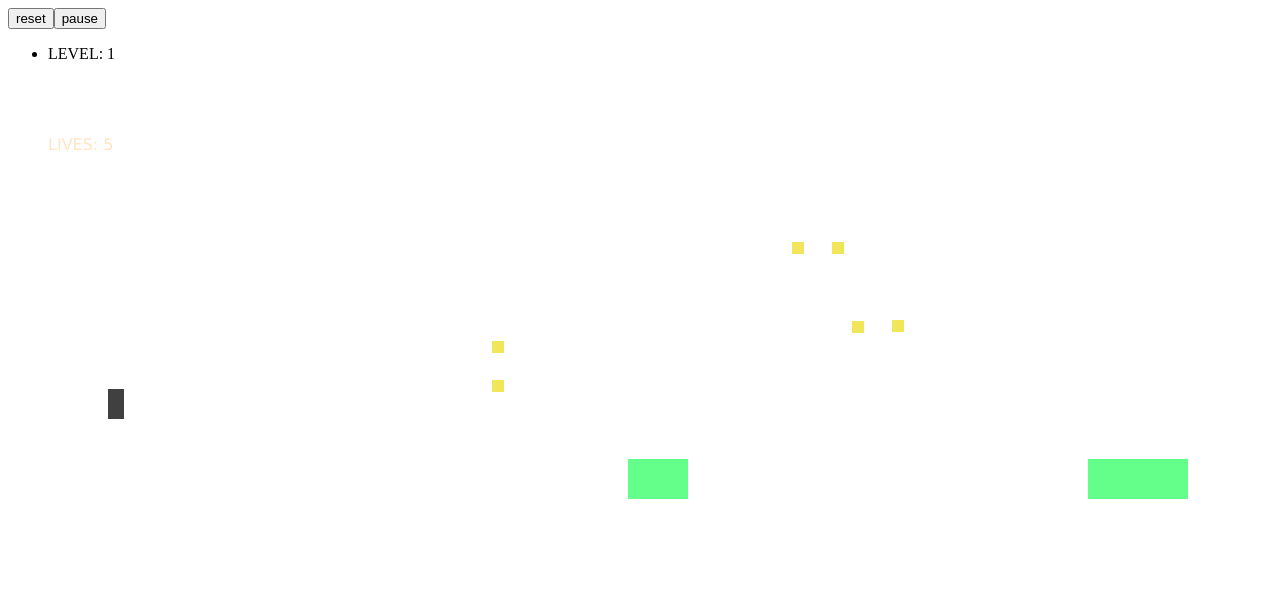
Repository: luccas-teddy/examenlucas
Page: index.html
An editor plug-in stored every save of this project. The page is shown before and after the next save, followed by the edit.
The browser window is 1280 px wide. The pictures show the whole page.

Above is the page before, as saved 2021-02-18 02:01:31.
Not found: css/tey.jpg

### index.html
<!doctype html>
<table>
<tr>
  <button id="reset" class="gamebutton" onclick="this.blur();">reset</button>
  <button id="pause" class="gamebutton" onclick="this.blur();">pause</button>
</tr>


<ul>
  <li id="lives" class="statss">LIVES: 5</li>
  <li id="level" class="stats">LEVEL: 1</li>
</ul>
</table>


<script src="code/chapter/16_game.js"></script>
<script src="code/levels.js"></script>

<link rel="stylesheet" href="css/game.css">

<body>
  <script>
    runGame(GAME_LEVELS, DOMDisplay);
  </script>
</body>

### code/chapter/16_game.js
var simpleLevelPlan = `
......................
..#................#..
..#..............=.#..
..#.........o.o....#..
..#.@......#####...#..
..#####............#..
......#++++++++++++#..
......##############..
......................`;

var Level = class Level {
  constructor(plan) {
    let rows = plan.trim().split("\n").map(l => [...l]);
    this.height = rows.length;
    this.width = rows[0].length;
    this.startActors = [];

    this.rows = rows.map((row, y) => {
      return row.map((ch, x) => {
        let type = levelChars[ch];
        if (typeof type == "string") return type;
        this.startActors.push(
          type.create(new Vec(x, y), ch));
        return "empty";
      });
    });
  }
}

var State = class State {
  constructor(level, actors, status) {
    this.level = level;
    this.actors = actors;
    this.status = status;
  }

  static start(level) {
    return new State(level, level.startActors, "playing");
  }

  get player() {
    return this.actors.find(a => a.type == "player");
  }
}

var Vec = class Vec {
  constructor(x, y) {
    this.x = x; this.y = y;
  }
  plus(other) {
    return new Vec(this.x + other.x, this.y + other.y);
  }
  times(factor) {
    return new Vec(this.x * factor, this.y * factor);
  }
}

var Player = class Player {
  constructor(pos, speed) {
    this.pos = pos;
    this.speed = speed;
  }

  get type() { return "player"; }

  static create(pos) {
    return new Player(pos.plus(new Vec(0, -0.5)),
                      new Vec(0, 0));
  }
}

Player.prototype.size = new Vec(0.8, 1.5);

var Lava = class Lava {
  constructor(pos, speed, reset) {
    this.pos = pos;
    this.speed = speed;
    this.reset = reset;
  }

  get type() { return "lava"; }

  static create(pos, ch) {
    if (ch == "=") {
      return new Lava(pos, new Vec(2, 0));
    } else if (ch == "|") {
      return new Lava(pos, new Vec(0, 2));
    } else if (ch == "v") {
      return new Lava(pos, new Vec(0, 3), pos);
    }
  }
}

Lava.prototype.size = new Vec(1, 1);

var Coin = class Coin {
  constructor(pos, basePos, wobble) {
    this.pos = pos;
    this.basePos = basePos;
    this.wobble = wobble;
  }

  get type() { return "coin"; }

  static create(pos) {
    let basePos = pos.plus(new Vec(0.2, 0.1));
    return new Coin(basePos, basePos,
                    Math.random() * Math.PI * 2);
  }
}

Coin.prototype.size = new Vec(0.6, 0.6);

var levelChars = {
  ".": "empty", "#": "wall", "+": "lava",
  "@": Player, "o": Coin,
  "=": Lava, "|": Lava, "v": Lava
};

var simpleLevel = new Level(simpleLevelPlan);

function elt(name, attrs, ...children) {
  let dom = document.createElement(name);
  for (let attr of Object.keys(attrs)) {
    dom.setAttribute(attr, attrs[attr]);
  }
  for (let child of children) {
    dom.appendChild(child);
  }
  return dom;
}

var DOMDisplay = class DOMDisplay {
  constructor(parent, level) {
    this.dom = elt("div", {class: "game"}, drawGrid(level));
    this.actorLayer = null;
    parent.appendChild(this.dom);
  }

  clear() { this.dom.remove(); }
}

var scale = 20;

function drawGrid(level) {
  return elt("table", {
    class: "background",
    style: `width: ${level.width * scale}px`
  }, ...level.rows.map(row =>
    elt("tr", {style: `height: ${scale}px`},
        ...row.map(type => elt("td", {class: type})))
  ));
}

function drawActors(actors) {
  return elt("div", {}, ...actors.map(actor => {
    let rect = elt("div", {class: `actor ${actor.type}`});
    rect.style.width = `${actor.size.x * scale}px`;
    rect.style.height = `${actor.size.y * scale}px`;
    rect.style.left = `${actor.pos.x * scale}px`;
    rect.style.top = `${actor.pos.y * scale}px`;
    return rect;
  }));
}

DOMDisplay.prototype.syncState = function(state) {
  if (this.actorLayer) this.actorLayer.remove();
  this.actorLayer = drawActors(state.actors);
  this.dom.appendChild(this.actorLayer);
  this.dom.className = `game ${state.status}`;
  this.scrollPlayerIntoView(state);
};

DOMDisplay.prototype.scrollPlayerIntoView = function(state) {
  let width = this.dom.clientWidth;
  let height = this.dom.clientHeight;
  let margin = width / 3;

  // The viewport
  let left = this.dom.scrollLeft, right = left + width;
  let top = this.dom.scrollTop, bottom = top + height;

  let player = state.player;
  let center = player.pos.plus(player.size.times(0.5))
                         .times(scale);

  if (center.x < left + margin) {
    this.dom.scrollLeft = center.x - margin;
  } else if (center.x > right - margin) {
    this.dom.scrollLeft = center.x + margin - width;
  }
  if (center.y < top + margin) {
    this.dom.scrollTop = center.y - margin;
  } else if (center.y > bottom - margin) {
    this.dom.scrollTop = center.y + margin - height;
  }
};

Level.prototype.touches = function(pos, size, type) {
  var xStart = Math.floor(pos.x);
  var xEnd = Math.ceil(pos.x + size.x);
  var yStart = Math.floor(pos.y);
  var yEnd = Math.ceil(pos.y + size.y);

  for (var y = yStart; y < yEnd; y++) {
    for (var x = xStart; x < xEnd; x++) {
      let isOutside = x < 0 || x >= this.width ||
                      y < 0 || y >= this.height;
      let here = isOutside ? "wall" : this.rows[y][x];
      if (here == type) return true;
    }
  }
  return false;
};

State.prototype.update = function(time, keys) {
  let actors = this.actors
    .map(actor => actor.update(time, this, keys));
  let newState = new State(this.level, actors, this.status);

  if (newState.status != "playing") return newState;

  let player = newState.player;
  if (this.level.touches(player.pos, player.size, "lava")) {
    return new State(this.level, actors, "lost");
  }

  for (let actor of actors) {
    if (actor != player && overlap(actor, player)) {
      newState = actor.collide(newState);
    }
  }
  return newState;
};

function overlap(actor1, actor2) {
  return actor1.pos.x + actor1.size.x > actor2.pos.x &&
         actor1.pos.x < actor2.pos.x + actor2.size.x &&
         actor1.pos.y + actor1.size.y > actor2.pos.y &&
         actor1.pos.y < actor2.pos.y + actor2.size.y;
}

Lava.prototype.collide = function(state) {
  return new State(state.level, state.actors, "lost");
};

Coin.prototype.collide = function(state) {
  let filtered = state.actors.filter(a => a != this);
  let status = state.status;
  if (!filtered.some(a => a.type == "coin")) status = "won";
  return new State(state.level, filtered, status);
};

Lava.prototype.update = function(time, state) {
  let newPos = this.pos.plus(this.speed.times(time));
  if (!state.level.touches(newPos, this.size, "wall")) {
    return new Lava(newPos, this.speed, this.reset);
  } else if (this.reset) {
    return new Lava(this.reset, this.speed, this.reset);
  } else {
    return new Lava(this.pos, this.speed.times(-1));
  }
};

var wobbleSpeed = 8, wobbleDist = 0.07;

Coin.prototype.update = function(time) {
  let wobble = this.wobble + time * wobbleSpeed;
  let wobblePos = Math.sin(wobble) * wobbleDist;
  return new Coin(this.basePos.plus(new Vec(0, wobblePos)),
                  this.basePos, wobble);
};

var playerXSpeed = 7;
var gravity = 30;
var jumpSpeed = 17;

Player.prototype.update = function(time, state, keys) {
  let xSpeed = 0;
  if (keys.ArrowLeft) xSpeed -= playerXSpeed;
  if (keys.ArrowRight) xSpeed += playerXSpeed;
  let pos = this.pos;
  let movedX = pos.plus(new Vec(xSpeed * time, 0));
  if (!state.level.touches(movedX, this.size, "wall")) {
    pos = movedX;
  }

  let ySpeed = this.speed.y + time * gravity;
  let movedY = pos.plus(new Vec(0, ySpeed * time));
  if (!state.level.touches(movedY, this.size, "wall")) {
    pos = movedY;
  } else if (keys.ArrowUp && ySpeed > 0) {
    ySpeed = -jumpSpeed;
  } else {
    ySpeed = 0;
  }
  return new Player(pos, new Vec(xSpeed, ySpeed));
};

function trackKeys(keys) {
  let down = Object.create(null);
  function track(event) {
    if (keys.includes(event.key)) {
      down[event.key] = event.type == "keydown";
      event.preventDefault();
    }
  }
  window.addEventListener("keydown", track);
  window.addEventListener("keyup", track);
  return down;
}

var arrowKeys =
  trackKeys(["ArrowLeft", "ArrowRight", "ArrowUp"]);

function runAnimation(frameFunc) {
  let lastTime = null;
  function frame(time) {
    if (lastTime != null) {
      let timeStep = Math.min(time - lastTime, 100) / 1000;
      if (frameFunc(timeStep) === false) return;
    }
    lastTime = time;
    requestAnimationFrame(frame);
  }
  requestAnimationFrame(frame);
}

function runLevel(level, Display) {
  let display = new Display(document.body, level);
  let state = State.start(level);
  let ending = 1;
  return new Promise(resolve => {
    runAnimation(time => {
      state = state.update(time, arrowKeys);
      display.syncState(state);
      if (state.status == "playing") {
        return true;
      } else if (ending > 0) {
        ending -= time;
        return true;
      } else {
        display.clear();
        resolve(state.status);
        return false;
      }
    });
  });
}

async function runGame(plans, Display) {
  for (let level = 0; level < plans.length;) {
    let status = await runLevel(new Level(plans[level]),
                                Display);
    if (status == "won") level++;
  }
  console.log("You've won!");
}

### css/game.css
.background    { background-image:url(tey.jpg);
}

 .background     {background :rgb (55, 167, 250)
                  background-image:url(taza.jpg);
                  background-repeat :no-repeat;
                  background-size: cover ;
                   table-layout: fixed;
                   border-spacing:  0;   }

.background td   { padding: 0;   }
.lava            { background: rgb(100, 255, 139); }
.wall            { background: rgb(255, 255, 255);   }

.actor  { position: absolute;  }

.coin   { background: rgb(241, 229, 89); }
.player { background: rgb(64, 64, 64); }

.game {
  overflow: hidden;
  max-width: 1500px;
  max-height: 820px;
  position: relative;
}

.lost .player {
  background: rgb(64, 106, 160);
}
.won .player {
  box-shadow: -4px -7px 8px white, 4px -7px 8px white;
}
stats{
     list-style-type: none;
  font-family: "jack Sans", "Lucida Sans Regular", "jack Grande",
    "jak Sans Unicode", Geneva, Verdana, sans-serif;
  text-transform: uppercase;
  color: rgb(199, 300, 255);
  z-index: 10;
  position: absolute;
  text-align: left;
  margin-top: 50px;
}
.statss{
   list-style-type: none;
  font-family: "Lucida Sans", "Lucida Sans Regular", "Lucida Grande",
    "jack Sans Unicode", Geneva, Verdana, sans-serif;
  text-transform: uppercase;
  color: bisque;
  z-index: 11;
  position: absolute;
  text-align: left;
  margin-top: 90px;
}

Loaded but not shown: code/levels.js (221 lines, source omitted)

After the next save:
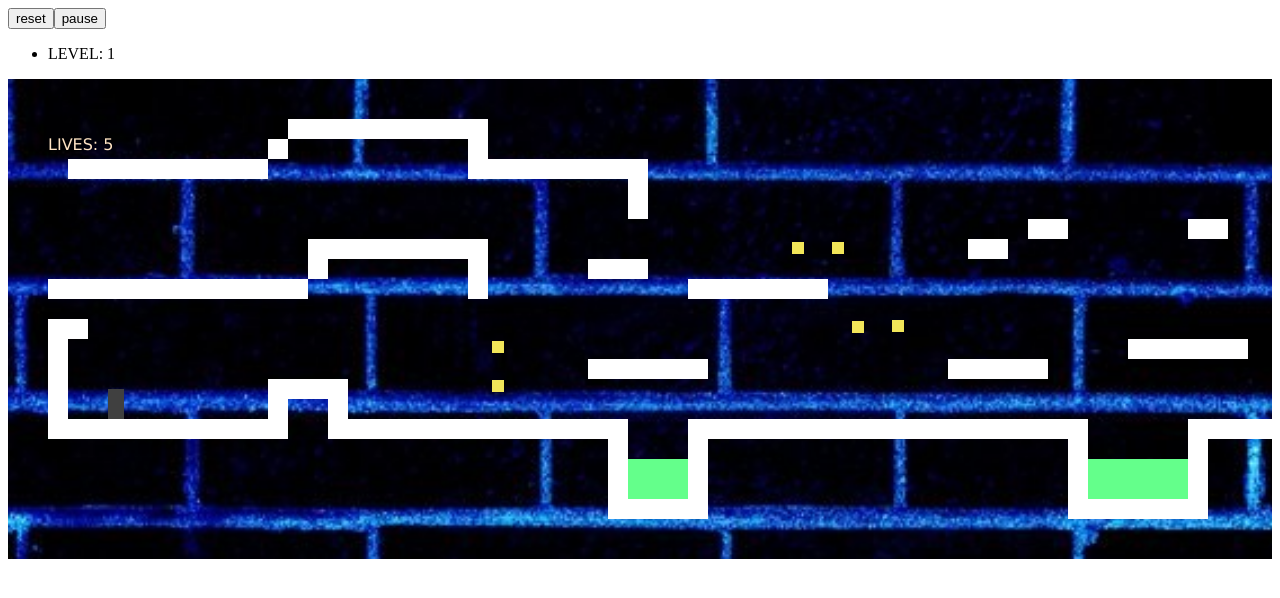
Saved 5 min 13 s later.
--- a/css/game.css
+++ b/css/game.css
@@ -1,4 +1,4 @@
-.background    { background-image:url(tey.jpg);
+.background    { background-image:url(sonry.jpg);
 }
 
  .background     {background :rgb (55, 167, 250)
